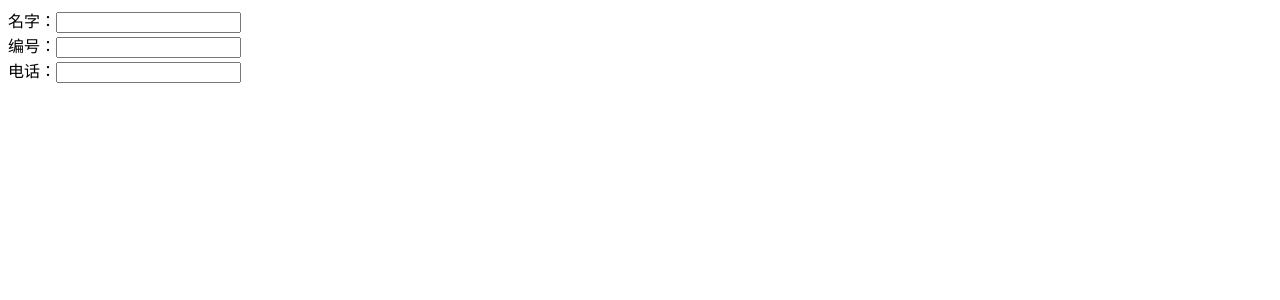
Repository: nicemanSoGood/SSH
Page: http://localhost/day01/jsp/student.jsp
An editor plug-in stored every save of this project. The page is shown before and after the next save, followed by the edit.
The browser window is 1280 px wide. The pictures show the whole page.
The page is served by Tomcat 9. Nobody is signed in. The application's start-up code is not run.

Above is the page before, as saved 2017-11-01 06:31:56.

After the next save:
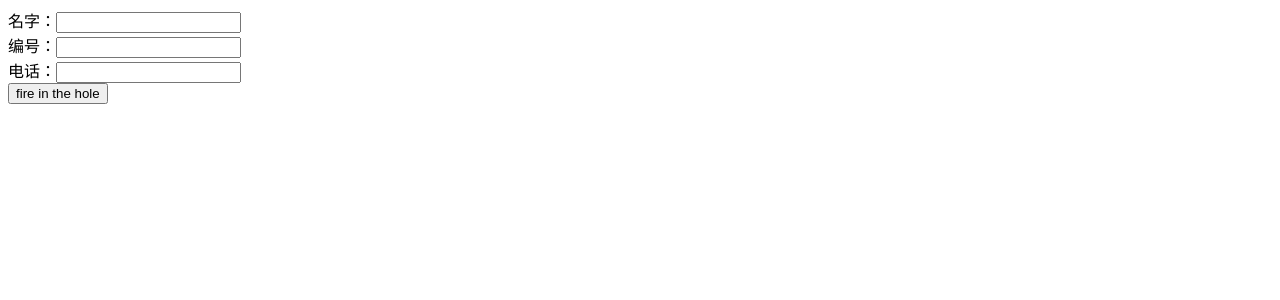
Saved 73 s later.
--- a/day01/WebContent/jsp/student.jsp
+++ b/day01/WebContent/jsp/student.jsp
@@ -14,6 +14,7 @@
 		<br>
 		电话：<input type="text" name="sphone"/>
 		<br>
+		<input type="submit" value="fire in the hole"/>
 	</form>
 </body>
 </html>
